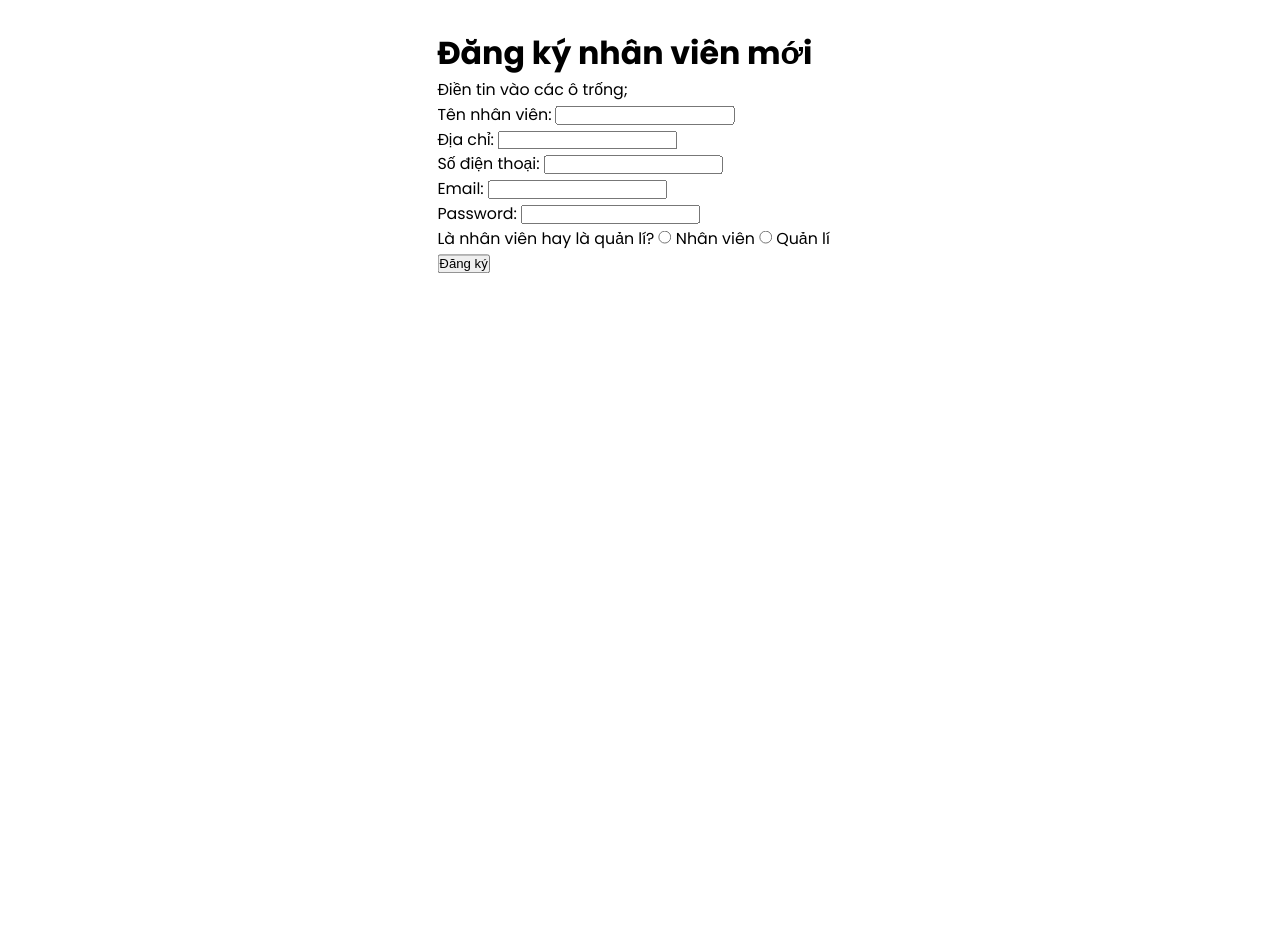
Repository: ntsanq/AmBakery
Page: http://localhost/j2school_Project/admin/dashboard_quanly/form_them_nhanvien.php
These files come from the project's save history. The page is drawn as it stood at one moment and after the next save; the edit follows.
The browser window is 1280 px wide. The pictures show the whole page, at 99% of full size.
The page is run by PHP 8.4 with error messages shown; the project is at /var/www/html/.

Above is the page before, as saved 2021-12-21 22:46:06.

After the next save:
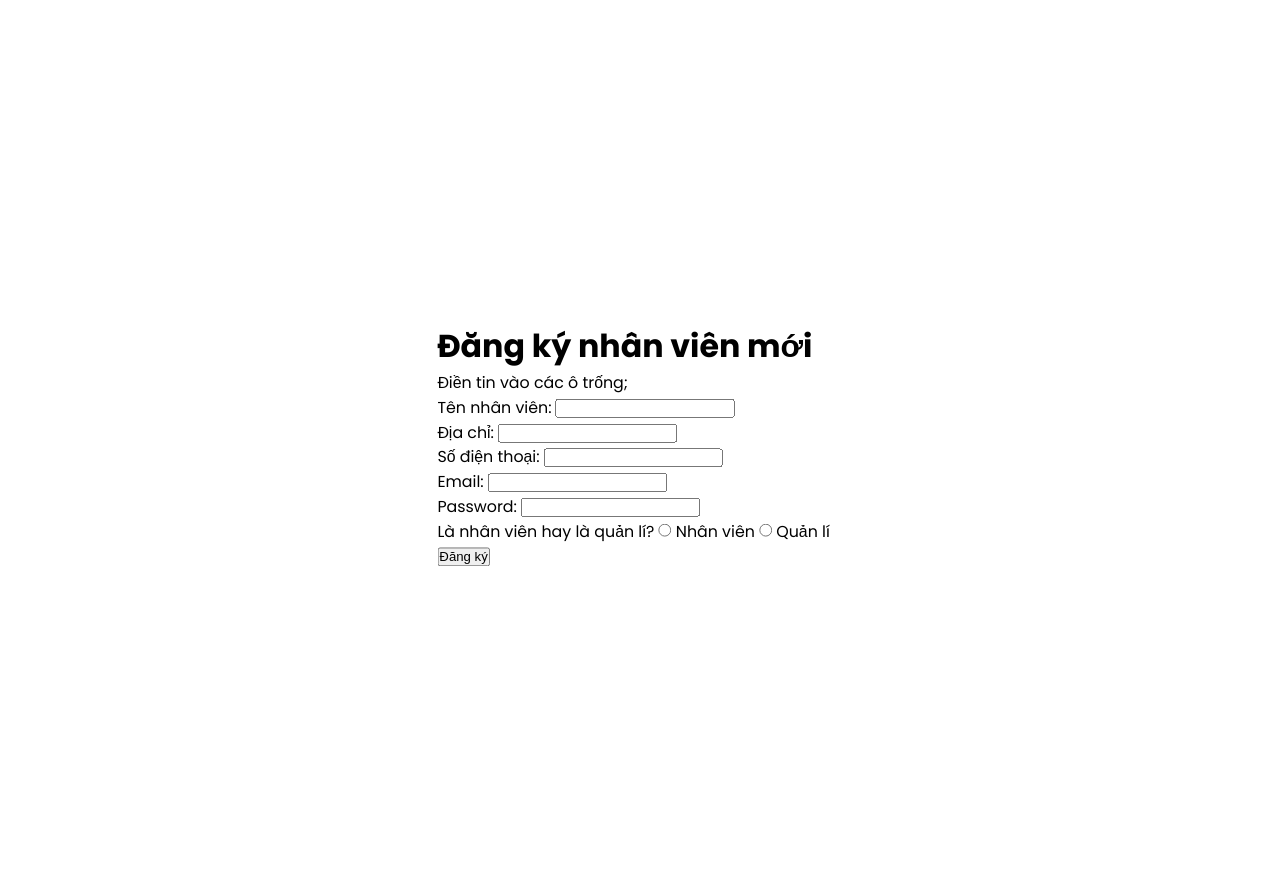
Saved 25 s later.
--- a/admin/dashboard_quanly/css/form.css
+++ b/admin/dashboard_quanly/css/form.css
@@ -13,7 +13,10 @@ body{
 	font-size: 1.6rem;
 	height:90rem;
 	font-weight: 400;
-  margin: 3rem;
+  display: flex;
+  justify-content: center;
+  align-items: center;
+  flex-direction: column;
 
 }
 
